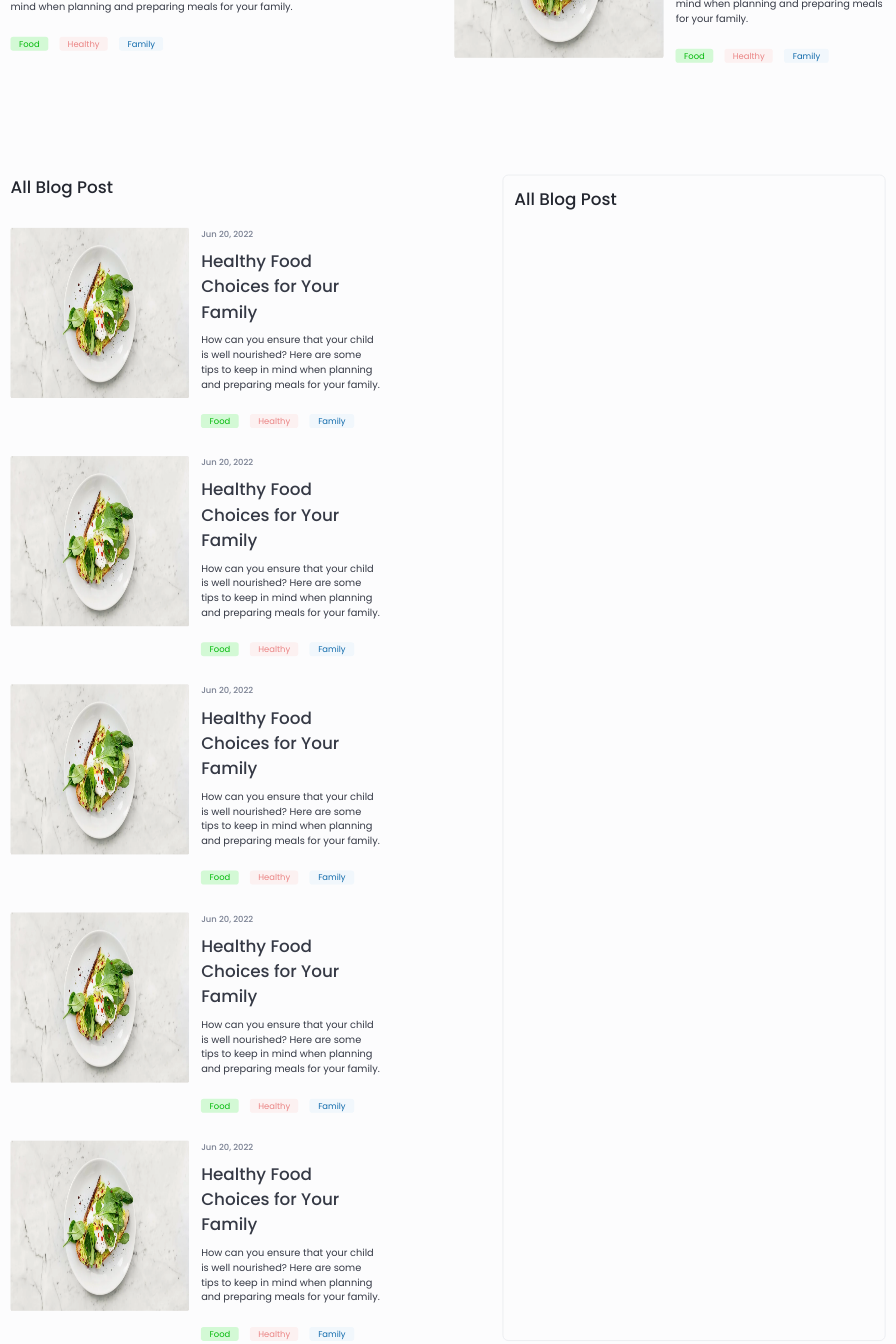
Repository: Toan3333/fooz
Page: assets/pages/blog.html
These files come from the project's save history. The page is drawn as it stood at one moment and after the next save; the edit follows.
The browser window is 1280 px wide. The pictures show the part of the page from y = 841 to 2761 px (the page is 3194 px tall before and 3299 px after), at 70% of full size.
Some web fonts or font styles are not loaded; a fallback is used.

Above is the page before, as saved 2023-06-01 14:00:28.

### assets/pages/blog.html
<!DOCTYPE html>
<html lang="en">
  <head>
    <meta charset="UTF-8" />
    <meta http-equiv="X-UA-Compatible" content="IE=edge" />
    <meta name="viewport" content="width=device-width, initial-scale=1.0" />
    <title>Blog</title>
    <link rel="stylesheet" href="/assets/css/style.css" />
    <link
      href="https://fonts.googleapis.com/css?family=Poppins:100,100italic,200,200italic,300,300italic,regular,italic,500,500italic,600,600italic,700,700italic,800,800italic,900,900italic"
      rel="stylesheet"
    />
    <link
      href="https://fonts.googleapis.com/css?family=Alice:regular"
      rel="stylesheet"
    />
    <link
      rel="stylesheet"
      href="https://cdnjs.cloudflare.com/ajax/libs/font-awesome/4.7.0/css/font-awesome.min.css"
    />
  </head>
  <body>
    <div class="app">
      <!-- header -->
      <header class="header">
        <div class="container">
          <div class="header-main">
            <div class="header-logo">
              <img src="/assets/images/Logo.svg" alt="" />
            </div>
            <div class="header-menu">
              <ul class="header-nav">
                <li class="header-list">
                  <a href="/index.html" class="header-link active">Home</a>
                </li>
                <li class="header-list">
                  <a href="#" class="header-link">Menu</a>
                </li>
                <li class="header-list">
                  <a href="#" class="header-link">Blog</a>
                </li>
                <li class="header-list">
                  <a href="#" class="header-link">About us</a>
                </li>
                <li class="header-list">
                  <a href="/assets/pages/contact.html" class="header-link"
                    >Contact</a
                  >
                </li>
              </ul>
            </div>
            <div class="header-auth">
              <div class="header-icon">
                <a href="#">
                  <i class="fa fa-user" aria-hidden="true"></i>
                </a>
                <a href="#">
                  <i class="fa fa-search" aria-hidden="true"></i>
                </a>
                <a href="#">
                  <i class="fa fa-shopping-cart" aria-hidden="true"></i>
                </a>
              </div>
            </div>
          </div>
        </div>
      </header>
      <!-- header end -->
      <section class="our-blog">
        <div class="container">
          <div class="text-center__primary special-center menu-center">
            Our blogs
            <p class="text-bottom">
              Best cooks and best delivery guys all at your service. Hot tasty
              food will reach you in 60 minutes.
            </p>
          </div>
          <div class="our-blog__heading">Recent Blog Post</div>
          <div class="our-blog__main">
            <div class="our-blog__post">
              <div class="our-blog__image">
                <img src="/assets/images/blog-4.png" alt="" />
              </div>
              <div class="our-blog__content">
                <div class="our-blog__date">Jun 20, 2022</div>
                <div class="our-blog__title">
                  Healthy Food Choices for Your Family
                </div>
                <div class="our-blog__text">
                  How can you ensure that your child is well nourished? Here are
                  some tips to keep in mind when planning and preparing meals
                  for your family.
                </div>
                <ul class="our-blog__tag">
                  <li class="our-blog__item">Food</li>
                  <li class="our-blog__item">Healthy</li>
                  <li class="our-blog__item">Family</li>
                </ul>
              </div>
            </div>
            <div class="our-blog__post-2">
              <div class="our-blog__items">
                <div class="our-blog__image our-blog__list__image">
                  <img
                    class="our-blog__images"
                    src="/assets/images/blog-4.png"
                    alt=""
                  />
                </div>
                <div class="our-blog__content our-blog__list__content">
                  <div class="our-blog__date">Jun 20, 2022</div>
                  <div class="our-blog__title">
                    Healthy Food Choices for Your Family
                  </div>
                  <div class="our-blog__text">
                    How can you ensure that your child is well nourished? Here
                    are some tips to keep in mind when planning and preparing
                    meals for your family.
                  </div>
                  <ul class="our-blog__tag">
                    <li class="our-blog__item">Food</li>
                    <li class="our-blog__item">Healthy</li>
                    <li class="our-blog__item">Family</li>
                  </ul>
                </div>
              </div>
              <div class="our-blog__items">
                <div class="our-blog__image our-blog__list__image">
                  <img
                    class="our-blog__images"
                    src="/assets/images/blog-4.png"
                    alt=""
                  />
                </div>
                <div class="our-blog__content our-blog__list__content">
                  <div class="our-blog__date">Jun 20, 2022</div>
                  <div class="our-blog__title">
                    Healthy Food Choices for Your Family
                  </div>
                  <div class="our-blog__text">
                    How can you ensure that your child is well nourished? Here
                    are some tips to keep in mind when planning and preparing
                    meals for your family.
                  </div>
                  <ul class="our-blog__tag">
                    <li class="our-blog__item">Food</li>
                    <li class="our-blog__item">Healthy</li>
                    <li class="our-blog__item">Family</li>
                  </ul>
                </div>
              </div>
            </div>
          </div>
        </div>
      </section>

      <section class="all-blog">
        <div class="container">
          <div class="all-blog__list">
            <div class="all-blog__left">
              <div class="our-blog__heading">All Blog post</div>
              <div class="our-blog__items">
                <div class="our-blog__image our-blog__list__image">
                  <img
                    class="our-blog__images"
                    src="/assets/images/blog-4.png"
                    alt=""
                  />
                </div>
                <div class="our-blog__content our-blog__list__content">
                  <div class="our-blog__date">Jun 20, 2022</div>
                  <div class="our-blog__title">
                    Healthy Food Choices for Your Family
                  </div>
                  <div class="our-blog__text">
                    How can you ensure that your child is well nourished? Here
                    are some tips to keep in mind when planning and preparing
                    meals for your family.
                  </div>
                  <ul class="our-blog__tag">
                    <li class="our-blog__item">Food</li>
                    <li class="our-blog__item">Healthy</li>
                    <li class="our-blog__item">Family</li>
                  </ul>
                </div>
              </div>
              <div class="our-blog__items">
                <div class="our-blog__image our-blog__list__image">
                  <img
                    class="our-blog__images"
                    src="/assets/images/blog-4.png"
                    alt=""
                  />
                </div>
                <div class="our-blog__content our-blog__list__content">
                  <div class="our-blog__date">Jun 20, 2022</div>
                  <div class="our-blog__title">
                    Healthy Food Choices for Your Family
                  </div>
                  <div class="our-blog__text">
                    How can you ensure that your child is well nourished? Here
                    are some tips to keep in mind when planning and preparing
                    meals for your family.
                  </div>
                  <ul class="our-blog__tag">
                    <li class="our-blog__item">Food</li>
                    <li class="our-blog__item">Healthy</li>
                    <li class="our-blog__item">Family</li>
                  </ul>
                </div>
              </div>
              <div class="our-blog__items">
                <div class="our-blog__image our-blog__list__image">
                  <img
                    class="our-blog__images"
                    src="/assets/images/blog-4.png"
                    alt=""
                  />
                </div>
                <div class="our-blog__content our-blog__list__content">
                  <div class="our-blog__date">Jun 20, 2022</div>
                  <div class="our-blog__title">
                    Healthy Food Choices for Your Family
                  </div>
                  <div class="our-blog__text">
                    How can you ensure that your child is well nourished? Here
                    are some tips to keep in mind when planning and preparing
                    meals for your family.
                  </div>
                  <ul class="our-blog__tag">
                    <li class="our-blog__item">Food</li>
                    <li class="our-blog__item">Healthy</li>
                    <li class="our-blog__item">Family</li>
                  </ul>
                </div>
              </div>
              <div class="our-blog__items">
                <div class="our-blog__image our-blog__list__image">
                  <img
                    class="our-blog__images"
                    src="/assets/images/blog-4.png"
                    alt=""
                  />
                </div>
                <div class="our-blog__content our-blog__list__content">
                  <div class="our-blog__date">Jun 20, 2022</div>
                  <div class="our-blog__title">
                    Healthy Food Choices for Your Family
                  </div>
                  <div class="our-blog__text">
                    How can you ensure that your child is well nourished? Here
                    are some tips to keep in mind when planning and preparing
                    meals for your family.
                  </div>
                  <ul class="our-blog__tag">
                    <li class="our-blog__item">Food</li>
                    <li class="our-blog__item">Healthy</li>
                    <li class="our-blog__item">Family</li>
                  </ul>
                </div>
              </div>
              <div class="our-blog__items">
                <div class="our-blog__image our-blog__list__image">
                  <img
                    class="our-blog__images"
                    src="/assets/images/blog-4.png"
                    alt=""
                  />
                </div>
                <div class="our-blog__content our-blog__list__content">
                  <div class="our-blog__date">Jun 20, 2022</div>
                  <div class="our-blog__title">
                    Healthy Food Choices for Your Family
                  </div>
                  <div class="our-blog__text">
                    How can you ensure that your child is well nourished? Here
                    are some tips to keep in mind when planning and preparing
                    meals for your family.
                  </div>
                  <ul class="our-blog__tag">
                    <li class="our-blog__item">Food</li>
                    <li class="our-blog__item">Healthy</li>
                    <li class="our-blog__item">Family</li>
                  </ul>
                </div>
              </div>
            </div>
            <div class="all-blog__right">
              <div class="our-blog__heading">All Blog post</div>
            </div>
          </div>
        </div>
      </section>

      <footer class="footer">
        <div class="container">
          <div class="footer-list">
            <div class="footer-column">
              <div class="footer-center">
                <div class="footer-logo">
                  <img src="/assets/images/Logo.svg" alt="" />
                </div>
                <p class="footer-desc">
                  Explore your Taste with speacial food in the special place,
                  that will make you happy. I try to write some thing without
                  lorem isum. Lorem ipsum dolor sit amet consectetur adipisicing
                  elit.
                </p>
              </div>
            </div>
            <div class="footer-column">
              <h3 class="footer-title">Support</h3>
              <ul class="footer-menu">
                <li class="footer-item"><a href="#">Help Centre</a></li>
                <li class="footer-item"><a href="#">Safety information</a></li>
                <li class="footer-item">
                  <a href="#">Cancellation options</a>
                </li>
                <li class="footer-item"><a href="#">Report Complaint</a></li>
              </ul>
            </div>
            <div class="footer-column">
              <h3 class="footer-title">Community</h3>
              <ul class="footer-menu">
                <li class="footer-item"><a href="#">Customer Review</a></li>
                <li class="footer-item"><a href="#">Newsletter</a></li>
              </ul>
            </div>
            <div class="footer-column">
              <h3 class="footer-title">About</h3>
              <ul class="footer-menu">
                <li class="footer-item"><a href="#">Our Chef</a></li>
                <li class="footer-item"><a href="#">Careers</a></li>
                <li class="footer-item">
                  <a href="#">Blog</a>
                </li>
                <li class="footer-item"><a href="#">Contact</a></li>
              </ul>
            </div>
          </div>
        </div>
      </footer>
      <!-- loader -->
      <!-- <div class="loader-container">
        <img src="./assets/images/loader.gif" alt="" />
      </div> -->
      <!-- loader end -->
    </div>
  </body>
</html>

Loaded but not shown: assets/css/style.css (912 lines, source omitted)

After the next save:
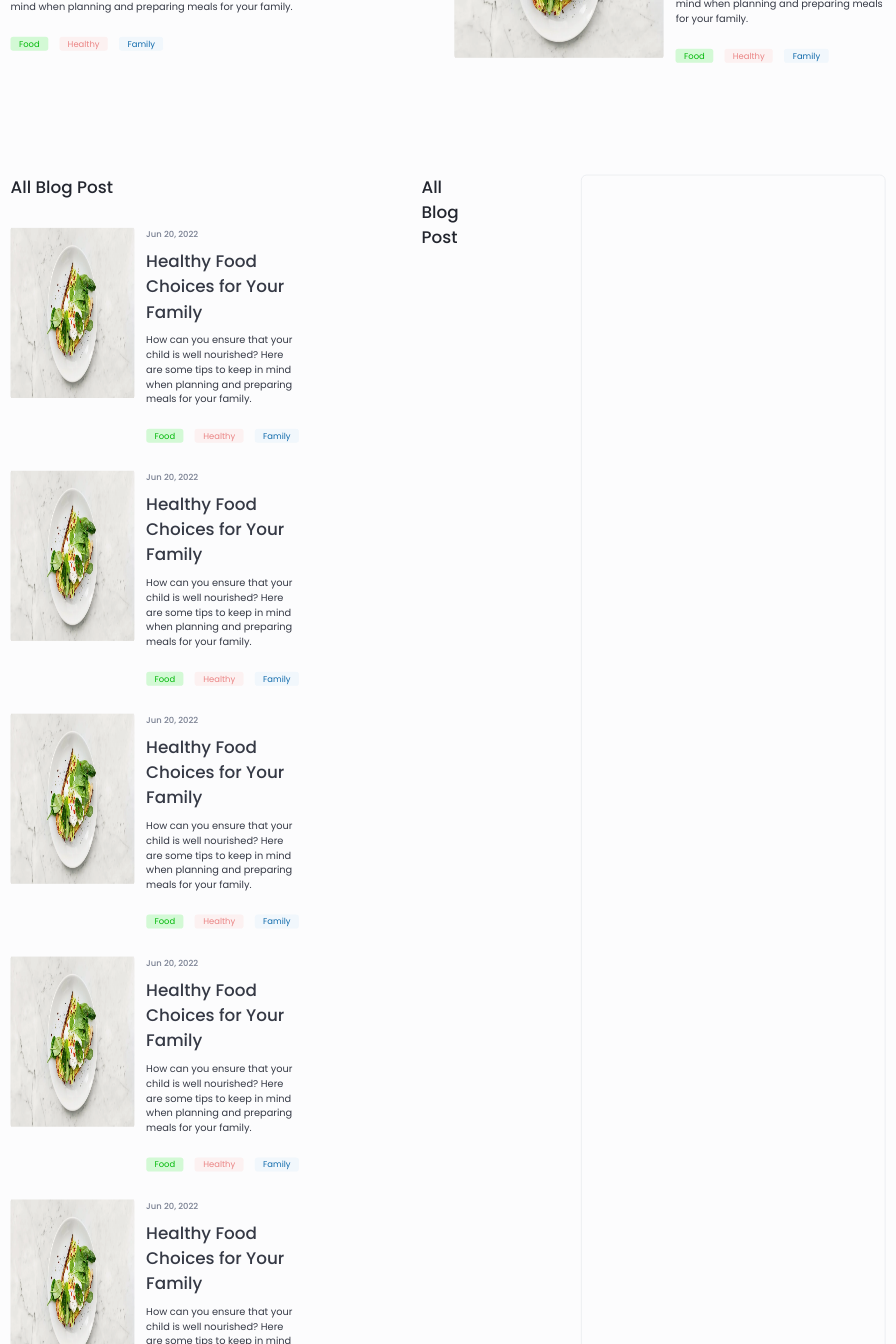
Saved 14 s later.
--- a/assets/pages/blog.html
+++ b/assets/pages/blog.html
@@ -285,9 +285,8 @@
                 </div>
               </div>
             </div>
-            <div class="all-blog__right">
-              <div class="our-blog__heading">All Blog post</div>
-            </div>
+            <div class="our-blog__heading">All Blog post</div>
+            <div class="all-blog__right"></div>
           </div>
         </div>
       </section>

After the save that followed:
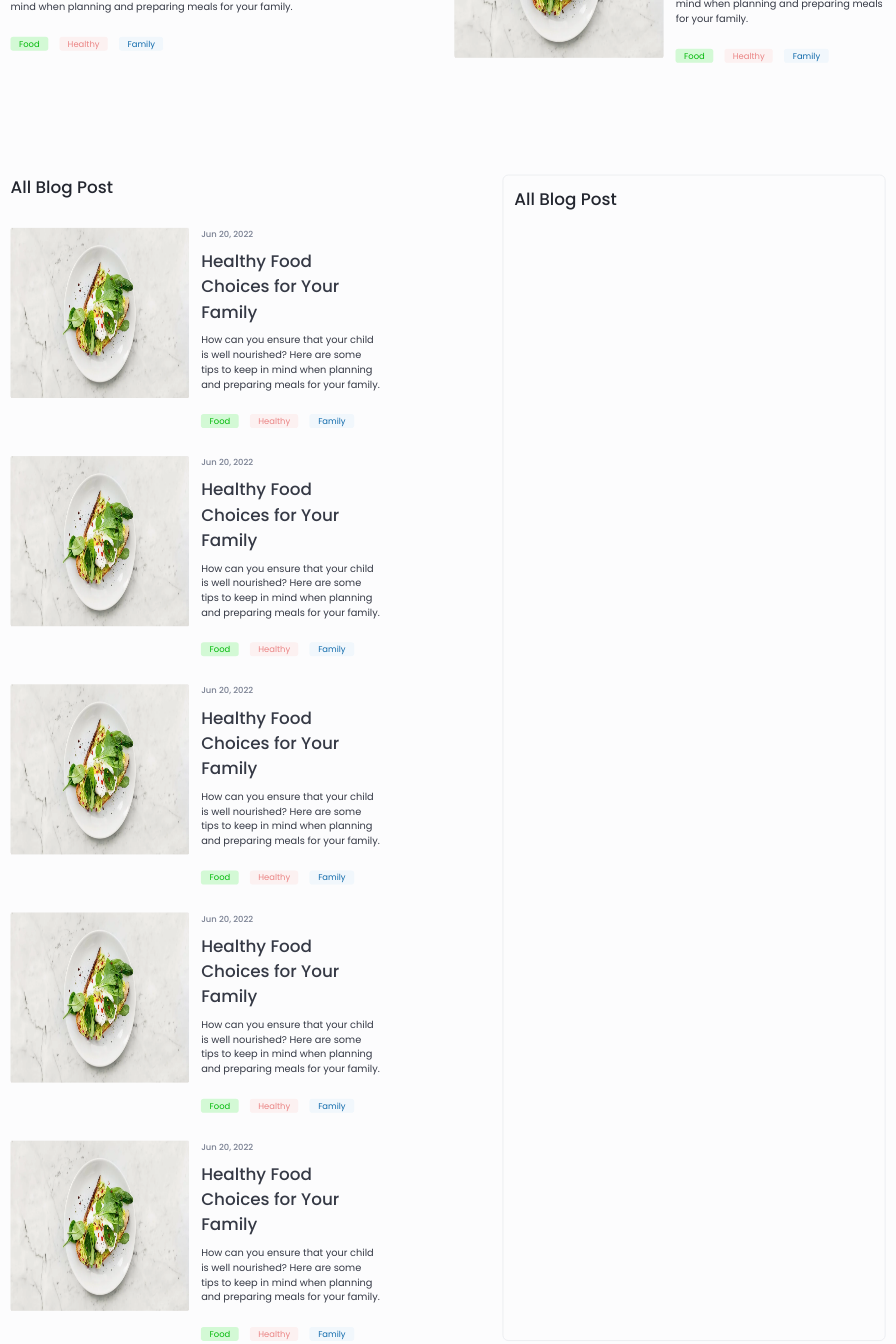
Saved 4 s later.
--- a/assets/pages/blog.html
+++ b/assets/pages/blog.html
@@ -285,8 +285,9 @@
                 </div>
               </div>
             </div>
-            <div class="our-blog__heading">All Blog post</div>
-            <div class="all-blog__right"></div>
+            <div class="all-blog__right">
+              <div class="our-blog__heading">All Blog post</div>
+            </div>
           </div>
         </div>
       </section>
